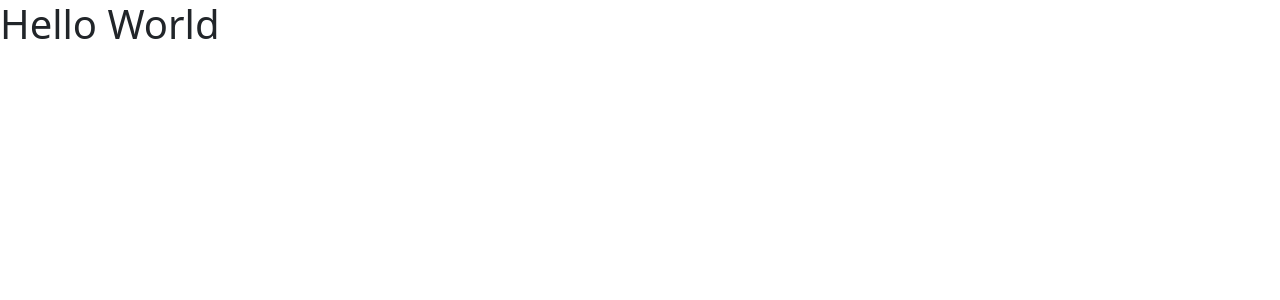
Repository: anshpn8/Java_Spring
Page: http://localhost/MyNotes/
An editor plug-in stored every save of this project. The page is shown before and after the next save, followed by the edit.
The browser window is 1280 px wide. The pictures show the whole page.
The page is served by Tomcat 9. Other server files are loaded and not shown.

Above is the page before, as saved 2024-04-13 16:32:11.

### MyNotes/src/main/webapp/index.jsp
<!DOCTYPE html>
<html lang="en">
<head>
    <meta charset="UTF-8">
    <meta name="viewport" content="width=device-width, initial-scale=1.0">
    <title>Document</title>
    <link href="https://cdn.jsdelivr.net/npm/bootstrap@5.3.3/dist/css/bootstrap.min.css" rel="stylesheet" integrity="sha384-QWTKZyjpPEjISv5WaRU9OFeRpok6YctnYmDr5pNlyT2bRjXh0JMhjY6hW+ALEwIH" crossorigin="anonymous">
</head>
<body>
    <h1>Hello World</h1>
</body>
</html>

Loaded but not shown: MyNotes/src/main/webapp/navbar.jsp (common file)

After the next save:
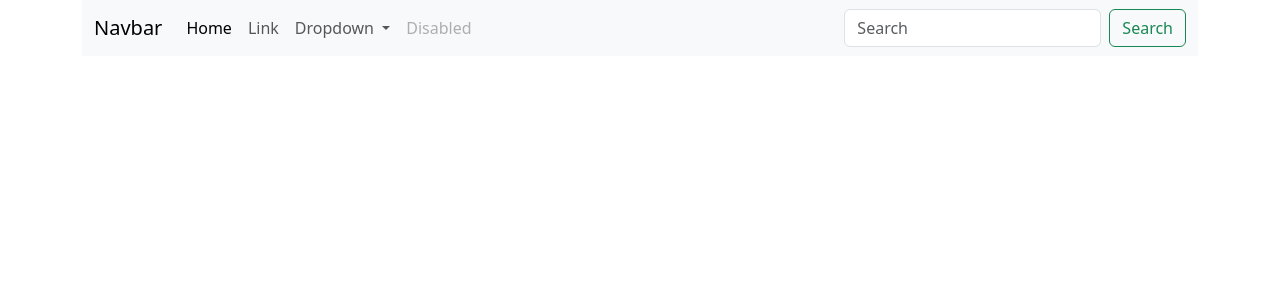
Saved 2 min 17 s later.
--- a/MyNotes/src/main/webapp/index.jsp
+++ b/MyNotes/src/main/webapp/index.jsp
@@ -3,10 +3,15 @@
 <head>
     <meta charset="UTF-8">
     <meta name="viewport" content="width=device-width, initial-scale=1.0">
-    <title>Document</title>
+    <title>Hello World</title>
     <link href="https://cdn.jsdelivr.net/npm/bootstrap@5.3.3/dist/css/bootstrap.min.css" rel="stylesheet" integrity="sha384-QWTKZyjpPEjISv5WaRU9OFeRpok6YctnYmDr5pNlyT2bRjXh0JMhjY6hW+ALEwIH" crossorigin="anonymous">
 </head>
 <body>
-    <h1>Hello World</h1>
+    <div class="container">
+    <%@include file="navbar.jsp" %>
+
+    </div>
+
+
 </body>
 </html>
